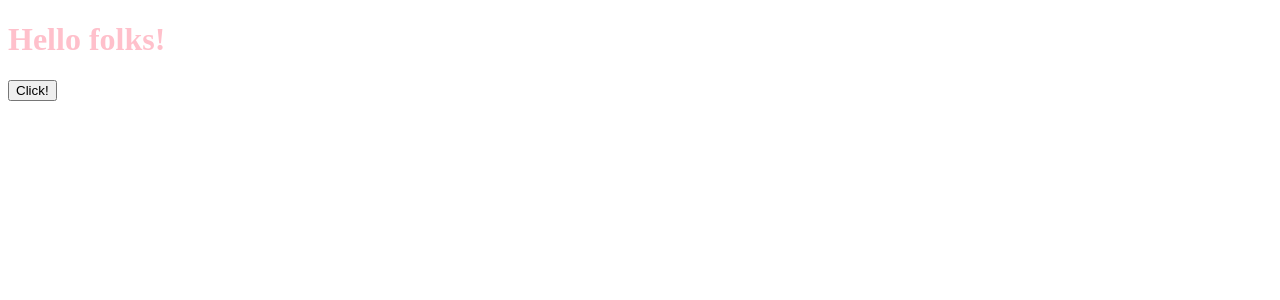
Repository: aakriti-tech/GlobalLogic
Page: Akki/WebContent/index.html
An editor plug-in stored every save of this project. The page is shown before and after the next save, followed by the edit.
The browser window is 1280 px wide. The pictures show the whole page.

Above is the page before, as saved 2022-08-01 05:40:56.

### Akki/WebContent/index.html
<!DOCTYPE html>
<html>
<head>
<meta charset="ISO-8859-1">
<title>First Web App</title>
</head>
<body>

<h1 style="color: pink">Hello folks!</h1>
<button type="button">Click!</button>

</body>
</html>

After the next save:
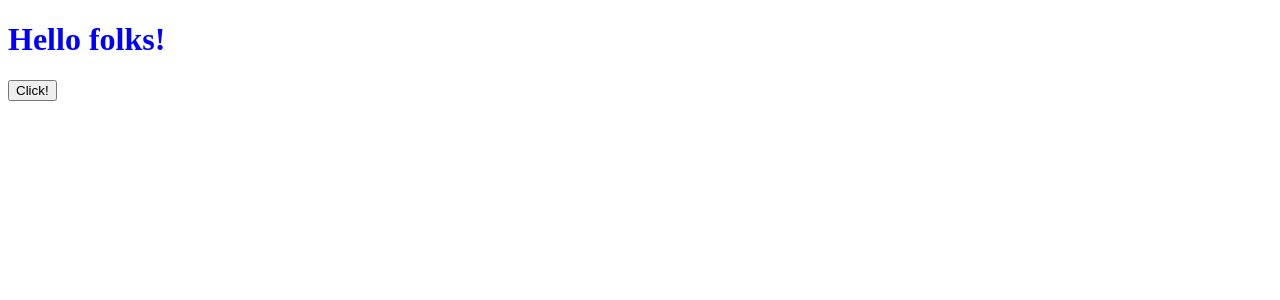
Saved 29 s later.
--- a/Akki/WebContent/index.html
+++ b/Akki/WebContent/index.html
@@ -6,7 +6,7 @@
 </head>
 <body>
 
-<h1 style="color: pink">Hello folks!</h1>
+<h1 style="color: blue">Hello folks!</h1>
 <button type="button">Click!</button>
 
 </body>
